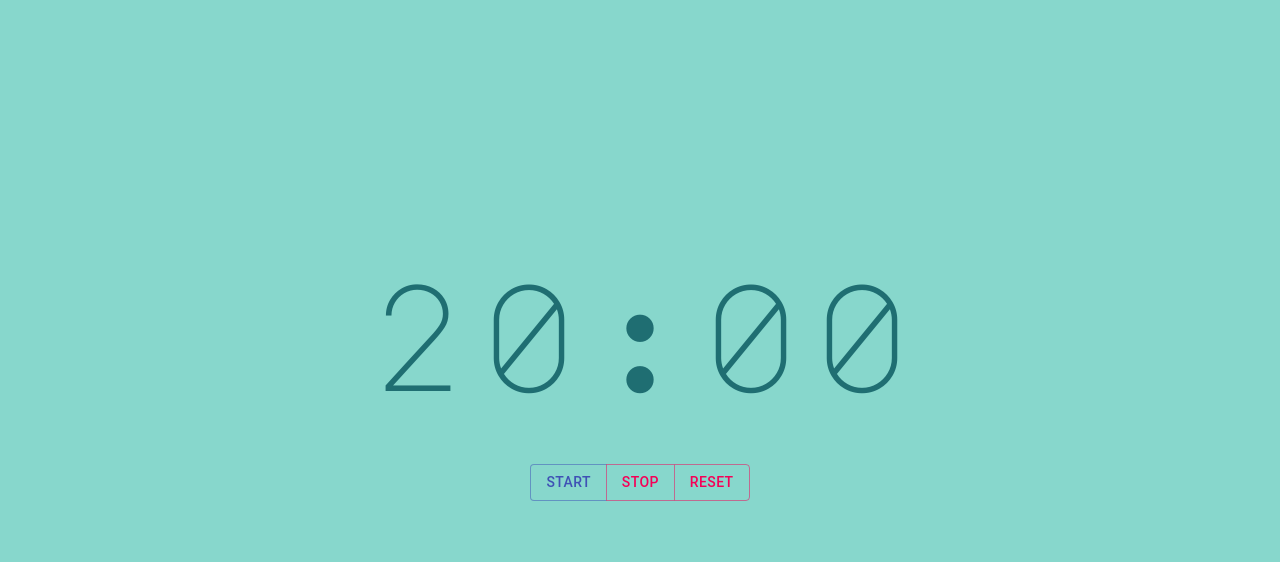
Repository: realistmccoy/pomodoro
Page: /
An editor plug-in stored every save of this project. The page is shown before and after the next save, followed by the edit.
The browser window is 1280 px wide. The pictures show the whole page.
The project was rebuilt for these pictures with package versions that can differ from the ones it lists, and the page was loaded fresh each time.

Above is the page before, as saved 2020-12-10 00:48:11.

After the next save:
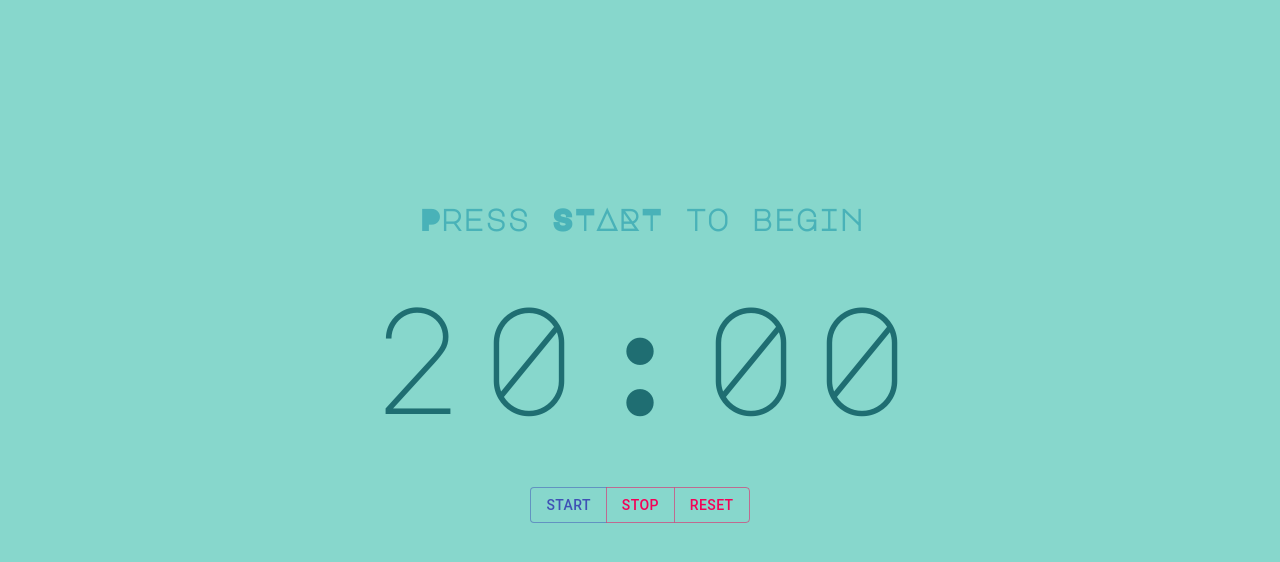
Saved 19 s later.
--- a/src/App.js
+++ b/src/App.js
@@ -7,7 +7,7 @@ function padTime(time) {
 }
 
 export default function App() {
-	const [title, setTitle] = useState('');
+	const [title, setTitle] = useState('Press START to begin');
 	const [timeLeft, setTimeLeft] = useState(20 * 60);
 	const intervalRef = useRef(null);
 
